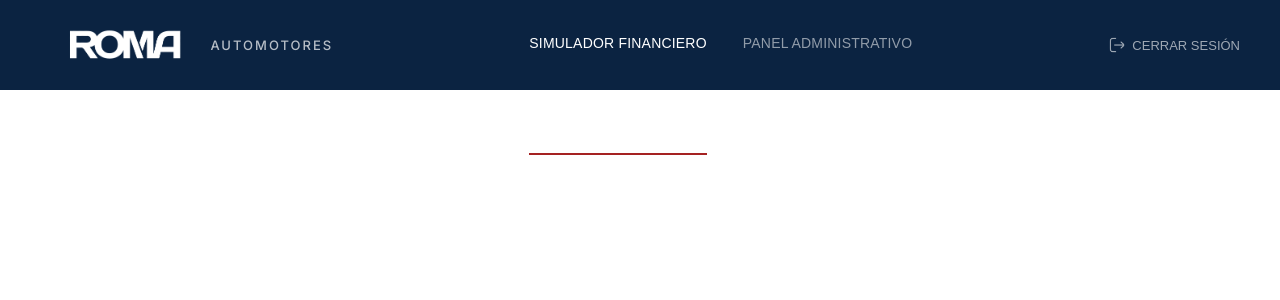
Repository: PPIII-9-012/Roma-System
Page: public/index.html
These files come from the project's save history. The page is drawn as it stood at one moment and after the next save; the edit follows.
The browser window is 1280 px wide. The pictures show the whole page.

Above is the page before, as saved 2026-08-22 12:43:10.

### public/index.html
<!DOCTYPE html>
<html lang="es">
<head>
    <meta charset="UTF-8">
    <meta name="viewport" content="width=device-width, initial-scale=1.0">
    <title>Simulador Financiero — Roma Automotores</title>
    <link rel="preconnect" href="https://fonts.googleapis.com">
    <link href="https://fonts.googleapis.com/css2?family=Inter:wght@400;500;600;700&display=swap" rel="stylesheet">
    <style>
        * {
            box-sizing: border-box;
            margin: 0;
            padding: 0;
        }
        body {
            font-family: 'Inter', system-ui, sans-serif;
        }
        .navbar {
            height: 90px;
            background: #0B2341;
            color: #FFFFFF;
            display: flex;
            align-items: center;
            justify-content: space-between;
            padding: 0 40px;
            position: sticky;
            top: 0;
            z-index: 50;
        }
        .navbar-left,
        .navbar-links,
        .navbar-logout {
            display: flex;
            align-items: center;
        }
        .navbar-left {
            gap: 14px;
        }
        .navbar-links {
            gap: 36px;
        }
        .navbar-logo {
            width: auto;
            height: 70px;
            display: block;
        }
        .navbar-brand {
            font-size: 13px;
            opacity: .7;
            letter-spacing: 2px;
            font-weight: 500;
        }
        .navbar-brand,
        .navbar-link,
        .navbar-logout {
            color: #FFFFFF;
        }
        .navbar-link {
            font-size: 14px;
            opacity: .55;
            text-decoration: none;
            padding-bottom: 4px;
            letter-spacing: .2px;
            transition: opacity .15s;
            position: relative;
        }
        .navbar-link:hover {
            opacity: .85;
        }
        .navbar-link.active {
            opacity: 1;
        }
        .navbar-link.active::after {
            content: "";
            position: absolute;
            left: 0;
            right: 0;
            bottom: -100px;
            height: 2px;
            background: #a52222;
        }
        .navbar-logout {
            font-size: 13px;
            opacity: .6;
        }
        .navbar-logout:hover {
            opacity: 1;
        }
        .navbar-link,
        .navbar-logout {
            background: transparent;
            border: 0;
            cursor: pointer;
        }
        .navbar-logout {
            gap: 6px;
        }
        .logout-logo {
            width: auto;
            height: 18px;
            display: block;
        }
        @media (max-width: 900px) {
            .navbar {
                height: auto;
                min-height: 90px;
                flex-wrap: wrap;
                gap: 14px 20px;
                padding: 14px 24px;
            }
            .navbar-links {
                order: 3;
                width: 100%;
                justify-content: center;
            }
            .navbar-link.active {
                padding-bottom: 4px;
            }
            .navbar-link.active::after {
                bottom: -4px;
            }
        }
        @media (max-width: 560px) {
            .navbar {
                align-items: center;
                padding: 12px 16px;
            }
            .navbar-logo {
                height: 50px;
            }
            .navbar-brand {
                font-size: 11px;
                letter-spacing: 1px;
            }
            .navbar-links {
                gap: 12px;
            }
            .navbar-link {
                font-size: 11px;
                letter-spacing: 0;
                text-align: center;
            }
            .navbar-logout {
                font-size: 11px;
            }
            .logout-logo {
                height: 16px;
            }
        }

</style>
</head>
<body>
<div class="navbar">
    <div class="navbar-left">
        <img class="navbar-logo" src="logotiporoma.png" alt="Roma">
        <span class="navbar-brand">AUTOMOTORES</span>
    </div>
    <div class="navbar-links">
        <button class="navbar-link active" type="button">SIMULADOR FINANCIERO</button>
        <button class="navbar-link" type="button" id="panelAdmimBtn">PANEL ADMINISTRATIVO</button>
    </div>
    <button class="navbar-logout" type="button" id="logoutBtn">
        <img class="logout-logo" src="cerrarsesion.png" alt="">
        <span>CERRAR SESIÓN</span>
    </button>
</div>

<div class="app">
    <div class="main-col">

    </div>
</div>

</body>
</html>

After the next save:
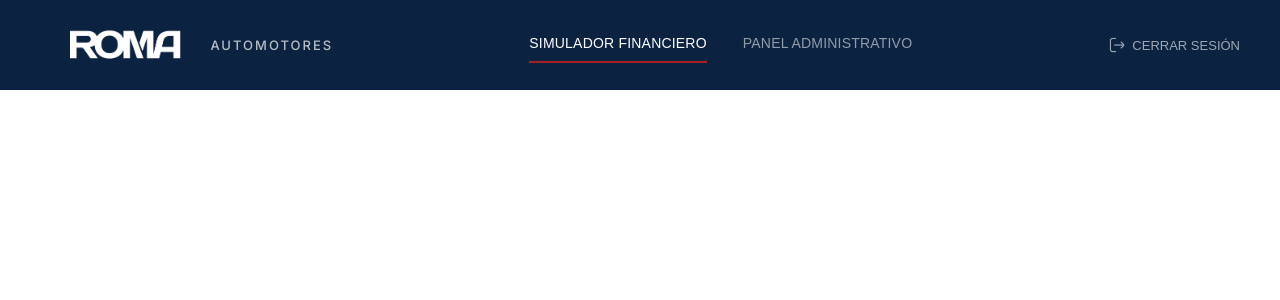
Saved 4 s later.
--- a/public/index.html
+++ b/public/index.html
@@ -75,7 +75,7 @@
             position: absolute;
             left: 0;
             right: 0;
-            bottom: -100px;
+            bottom: -8px;
             height: 2px;
             background: #a52222;
         }
